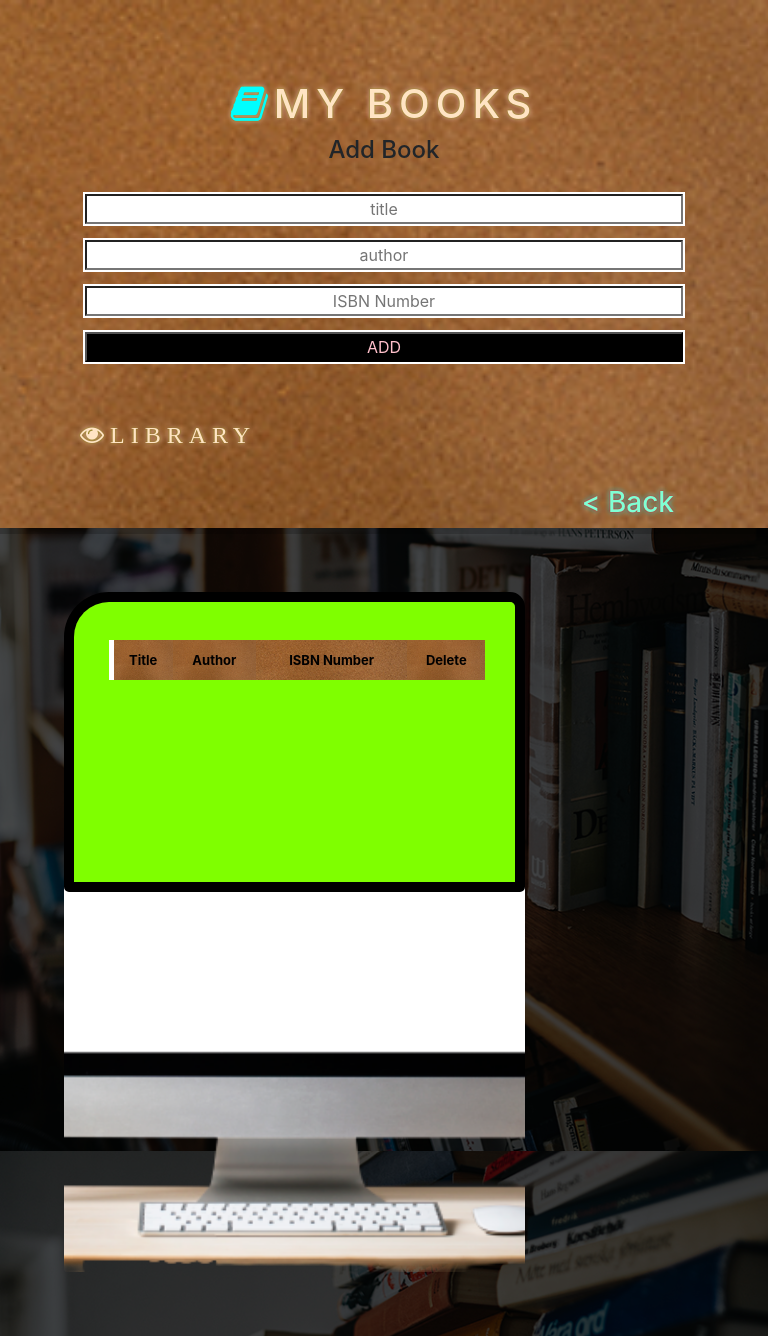
Repository: CSituma/Home-Library-App
Page: libu.html
An editor plug-in stored every save of this project. The page is shown before and after the next save, followed by the edit.
The browser window is 768 px wide. The pictures show the whole page.
Backgrounds fixed to the window are drawn as part of the page. Some web libraries are served in a nearby version.

Above is the page before, as saved 2020-11-10 22:12:07.

### libu.html
<!DOCTYPE html>
<html lang="en">
<head>
    <meta charset="UTF-8">
    <meta name="viewport" content="width=device-width, initial-scale=1.0">
    <meta http-equiv="X-UA-Compatible" content="ie=edge">
    <link rel="stylesheet" href="style.css">
    <link rel="stylesheet" href="https://cdnjs.cloudflare.com/ajax/libs/font-awesome/4.7.0/css/font-awesome.min.css"/>
<link rel="stylesheet" href="https://stackpath.bootstrapcdn.com/bootstrap/4.5.0/css/bootstrap.min.css" integrity="sha384-9aIt2nRpC12Uk9gS9baDl411NQApFmC26EwAOH8WgZl5MYYxFfc+NcPb1dKGj7Sk" crossorigin="anonymous"/>
<link rel="stylesheet" href="https://cdnjs.cloudflare.com/ajax/libs/animate.css/4.0.0/animate.min.css"/>
  <title>BOOK TRACKER</title>
</head>
<body>
    <div class="columns">
        <div class="js">

            <h1><i class="fa fa-book"></i>MY BOOKS</h1>
                        <h4>Add Book</h4>
            <form id="form">
                <input type= "text" id= "title"  placeholder="title">
                <input type= "text" id= "author" placeholder="author" >
                <input type= "text" id= "number" placeholder="ISBN Number">
                <input type= "submit"id= "button" value="ADD">
            </form>
        <h3> <a href= "./index.html"> < Back </a></h3>
        <h4 id="libur"><a href= "#storage"><i class="fa fa-eye">LIBRARY</i></a></h4>

        </div>
        <div class="storage" id="storage" >
              <div class="storage_items">
        <table id="table">
            <thead>
                <tr>
                <th id="title">Title</th>
                <th>Author</th>
                <th>ISBN Number</th>
                <th>Delete</th>
                </tr>
                </thead>
                <tbody class="Booklist" id="booklist">
                </tbody>
            </table>
            </div>
        </div>
</div>
    <script src="lib.js"></script>
 </body>
 </html>

### style.css
/*homepage//////////////*/
body,
html {
  max-width: 100%;
  margin: 0;
  padding: 0;
  max-height: 100%;
  background: url("./images/sandra-seitamaa-qkIWnKtGhg4-unsplash.jpg")
    center/cover no-repeat fixed;
}

.container {
  margin: 10em 20em 20em 20em;
  height: 400px;
  width: 40%;
  background-color: rgba(146, 116, 15, 0.445);
  text-align: center;
}

.lol {
  padding-top: 5em;
  font-weight: 800;
  font-style: italic;
}
span {
  color: yellow;
  font-weight: 400;
}
#lolone {
  color: ghostwhite;
}

h3 {
  padding-top: 4em;
  float: right;
  margin-right: 0.5em;
  font-weight: 900;
  font-size: 2rem;
  text-shadow: 0 0 3px #FF0000, 0 0 5px aqua;
}

h3 a {
  text-decoration: none;
 color: aquamarine;

}

h3 a:hover {
  text-decoration: none;
  color: burlywood;
}

#you {
  padding: 1rem;
  color: gold;
}

/*library////////////////*/
.columns {
  display: flex;
  justify-content: space-between;
  max-width: 100%;
  max-height: 100%;
  background: rgba(0, 0, 0, 0.692);

}
h1{
  letter-spacing: 6px;
  text-shadow: 0 0 3px olive, 0 0 5px pink;
  padding-top:2em;
  margin: 0;
  color: bisque;

}
table {
  background: black;
  width: 100%;
  margin:0.5em;
  margin-left:0.2em;
  text-align: center;
  color:white;

}


td{
  margin: 2em;
}
tr{
  border-left: white 5px solid;
  height: 40px;
}
th {
  color: black;
  background:url('./images/josephine-bredehoft-KsAo8ouBn8A-unsplash.jpg') center/cover no-repeat;
  outline: none;
}
tbody tr:nth-child(odd){
  background:white;
 color: olive;
}
tbody tr:nth-child(odd):hover {
  box-shadow: 0 0 0 2px white;

}
tbody tr:nth-child(even){
background:black;

}
tbody tr:nth-child(even):hover{
  box-shadow: 0 0 0 2px gray;
}

 .fa {
   color:aqua;
 }
 .fa:hover{
   font-size:1.6rem;
 }
form {
  padding: 0.3em;
  margin-top: 1em;
}

form input {
  width: 100%;
  margin: 0.5em 0;
  -webkit-box-shadow: 0 0 0 2px white;
  box-shadow: 0 0 0 2px white;
}

:placeholder-shown {
  text-align: center;
}

#button {
  color: pink;
  background-color: black;
}

/*/////////////////////////////////*/
.storage_items {

  background-color: white;
  width:100%;
  max-height: 70%;
  margin-left: 8em;
  margin-top: 5em;
  margin-bottom: 2em;
  border: rgb(0, 0, 0) 5px solid;
  border-style: groove;
  padding-bottom: 15em;
  overflow: scroll;
  scroll-behavior: smooth;
  scrollbar-width: 2px;
}
.storage {
  background:url("./images/1463-removebg-preview.png") center/cover no-repeat;
  width: 60%;
  height: 85vh;
  margin: 6em 3em 6em 0;
  border-radius: 3px;

}
.js {
  -webkit-box-shadow: 0 0 0 6px rgba(0, 0, 0, 0.191);
  box-shadow: 0 0 0 6px rgba(0, 0, 0, 0.191);
  text-align: center;
  width: 40%;
  margin: 6em 0em 6em 3em;
  background: url("./images/josephine-bredehoft-KsAo8ouBn8A-unsplash.jpg")
    center/cover no-repeat;
}

#libur .fa{
  margin-top: 2em;
 float: left;
 margin-left: 0;
color:bisque;
letter-spacing: 6px;
text-shadow: 0 0 3px olive, 0 0 5px pink;
}

@media screen and (max-width:1000px) {
  .storage{
    margin-right: 0;

    background: url("./images/719-removebg-preview.png") center/cover no-repeat;
  }
  .storage_items{
    margin:0;
    font-size: 13px;
   border: 10px solid black;
   border-radius: 45px;
   border-bottom-right-radius:5px;
   border-bottom-left-radius:5px;
   border-top-right-radius:15px;

   padding:0;
   padding-bottom: 15em;

}

.js{
  margin: 0;}


}

@media screen and (min-width:1000px) {

 .storage_items{
  max-height: 60%;
    width: 400px;
    height: 50%;
    margin-left: 10em;
    margin-top: 5.5em;

  }


 }

 @media screen and (max-width:800px)
 {
   .storage{
        max-width:100% ;
        margin: 4em;
   }
  .storage_items{
    margin-right:4em;
    font-size: 13px;
   border: 10px solid black;
   border-radius: 45px;
   border-bottom-right-radius:5px;
   border-bottom-left-radius:5px;
   border-top-right-radius:15px;
  padding: 2rem;
   padding-bottom: 15em;
   background-color: chartreuse;

}
.columns{
  flex-direction: column;
}
th{
  margin: 0;
  padding: 0.2rem;

}
table{
  align-items: center;
  float: left;
  background-color: cadetblue;
}
.js{
  width:100%;
  padding: 0 5em;
 }

 }

### lib.js
// Book Class: Represents a Book
class Book {
  constructor(title, author, isbn) {
    this.title = title;
    this.author = author;
    this.isbn = isbn;
  }
}

// UI Class: Handle UI Tasks
class UI {
//display Books.//
static displayBooks () {
 const books = Store.getBooks();
 books.forEach(((book) =>
  UI.addBookToList(book)));
}


//addbooks
static addBookToList(book) {

const bookList = document.querySelector('#booklist');
const row = document.createElement('tr');

row.innerHTML= `<td>${book.title} </td>
               <td>${book.author}</td>
               <td>${book.isbn}</td>
              <td><i class="fa fa-trash-o"></i></td>`;

bookList.appendChild(row);

}


//deletebooks
static deleteBook(el){
 if(el.classList.contains('fa')){
   el.parentElement.parentElement.remove();
  }}

////show alert msg
static showAlert(message, className){
const div = document. createElement('div');
div.className = `alert alert-${className}`;
div.appendChild(document.createTextNode(message));
const button = document.getElementById('button');
const form = document.getElementById('form');


form.insertBefore(div, button);


//message vanishing//

setTimeout(() => {
  document.querySelector('.alert').remove();
}, 3000);

}

//clear fields//

static clearFields() {
  document.querySelector('#title').value = '';
  document.querySelector('#author').value = '';
  document.querySelector('#number').value = '';
}

}

///Events:
/* 1. Display Books */

document.addEventListener('DOMContentLoaded', UI.displayBooks);

/* 2. Add Books*/
document.querySelector("#form").addEventListener('submit',(e) =>
{
e.preventDefault();
///get form values//
const title = document.querySelector('#title').value;
const author = document.querySelector('#author').value;
const isbn = document.querySelector('#number').value;

  // Validate
 if(title ===''|| author===''|| isbn===''){
   UI.showAlert('Please fill in the Form', 'danger')
 }
else{
  //instantiate Book
  const book = new Book(title,author,isbn);

//////Adding
UI.addBookToList(book);

Store.addBook(book);

///Show Sucess Message
UI.showAlert('Added', 'success');
//Clearfields
UI.clearFields();


 }
}
);


/////3. Remove BOOK////
document.querySelector('#booklist').addEventListener('click', (e)=>{
e.preventDefault();
//deleting from UI

UI.deleteBook(e.target);
///deleting from Store
Store.removeBook(e.target.parentElement.previousElementSibling.textContent);
//Message
UI.showAlert('Book Deleted', 'danger');

}
);

///localStorage
class Store{
  static getBooks(){
    let books;
   if (localStorage.getItem('books') === null){
     books = [];
   }
   else {
     books = JSON.parse(localStorage.getItem('books'));
   }
   return books;
  }

  static addBook(book){
    const books= Store.getBooks();
    books.push(book);
   localStorage.setItem('books',JSON.stringify(books));
  }
  static removeBook(isbn) {
    const books = Store.getBooks();

    books.forEach((book, index) => {
      if(book.isbn === isbn) {
        books.splice(index, 1);
      }
    });
    localStorage.setItem('books', JSON.stringify(books));
  }
}

After the next save:
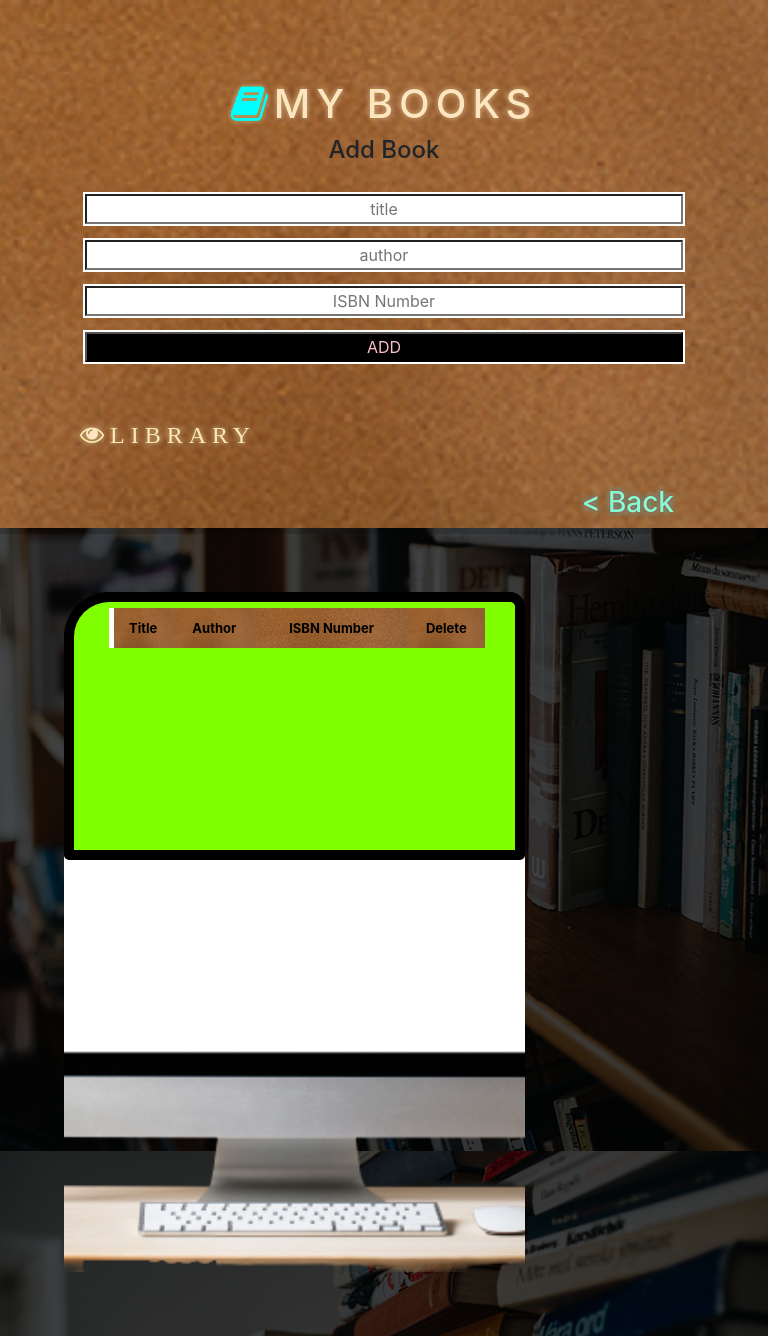
Saved 12 s later.
--- a/style.css
+++ b/style.css
@@ -235,7 +235,7 @@ text-shadow: 0 0 3px olive, 0 0 5px pink;
    border-bottom-right-radius:5px;
    border-bottom-left-radius:5px;
    border-top-right-radius:15px;
-  padding: 2rem;
+  padding: 0 2rem;
    padding-bottom: 15em;
    background-color: chartreuse;
 
